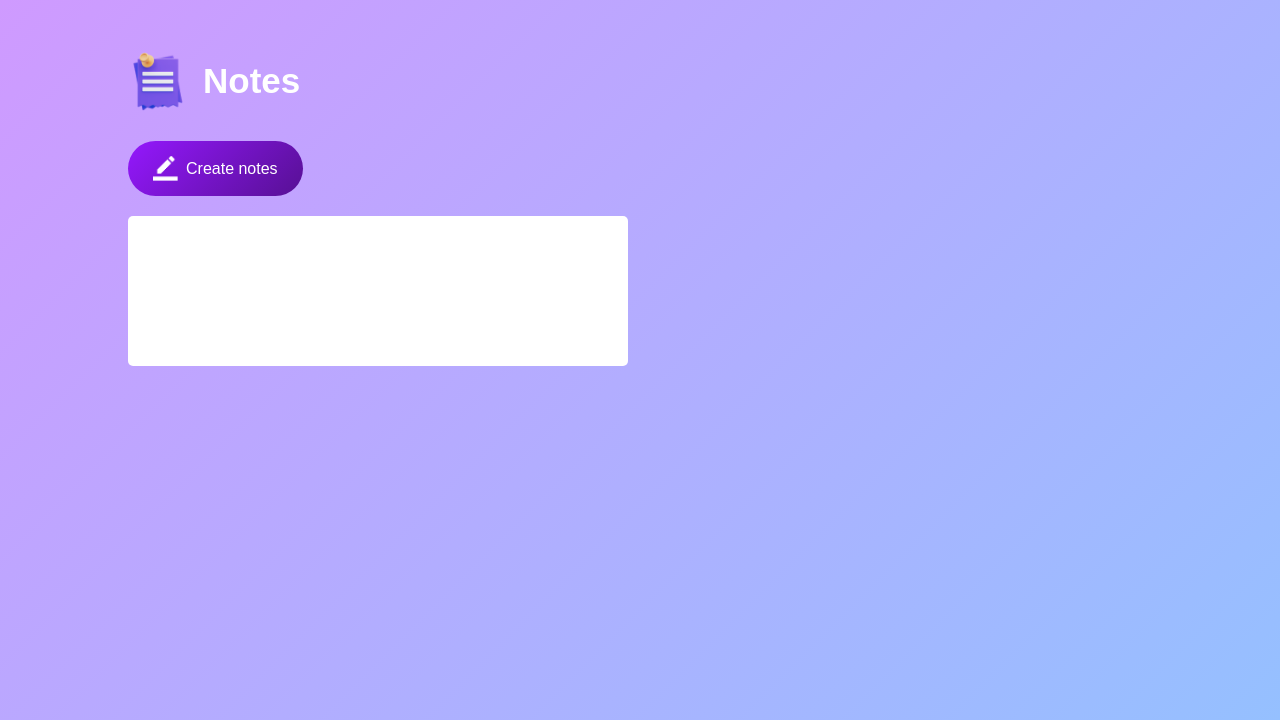
Repository: gaphappy55/notes-app
Page: index.html
An editor plug-in stored every save of this project. The page is shown before and after the next save, followed by the edit.
The browser window is 1280 px wide. The pictures show the whole page.

Above is the page before, as saved 2025-11-22 23:01:24.

### index.html
<!DOCTYPE html>
<html>
    <head>
        <meta name="viewport" content="width=device-width, initial-scale=1.0">
        <title>Amirkhan Notes App</title>
        <link rel = "stylesheet" href = "style.css">
    </head>
    <body>

        <div class="container">
            <h1><img src = "images/notes.png"> Notes</h1>
            <button><img src = "images/edit.png"> Create notes</button>
            <div class="notes-container">
                <p contenteditable="true" class="input-box"></p>
            </div>
        </div>

    </body>
</html>

### style.css
*{
    margin: 0;
    padding: 0;
    font-family: 'Poppins', sans-serif;
    box-sizing: border-box;
}
.container{
    width: 100%;
    min-height: 100vh;
    background: linear-gradient(135deg, #cf9aff, #95c0ff);
    color: #fff;
    padding-top: 4%;
    padding-left: 10%;
}
.container h1{
    display: flex;
    align-items: center;
    font-size: 35px;
    font-weight: 600;
}
.container h1 img{
    width: 60px;
    margin-right: 15px;
}
.container button img{
    width: 25px;
    margin-right: 8px;
}
.container button{
    display: flex;
    align-items: center;
    background: linear-gradient(135deg, #9418fd, #571094);
    color: #fff;
    font-size: 16px;
    outline: 0;
    border: 0;
    border-radius: 40px;
    padding: 15px 25px;
    margin: 30px 0 20px;
    cursor: pointer;
}
.input-box{
    position: relative;
    width: 100%;
    max-width: 500px;
    min-height: 150px;
    background: #fff;
    color: #333;
    padding: 20px;
    margin: 20px 0;
    outline: none;
    border-radius: 5px;
}

After the next save:
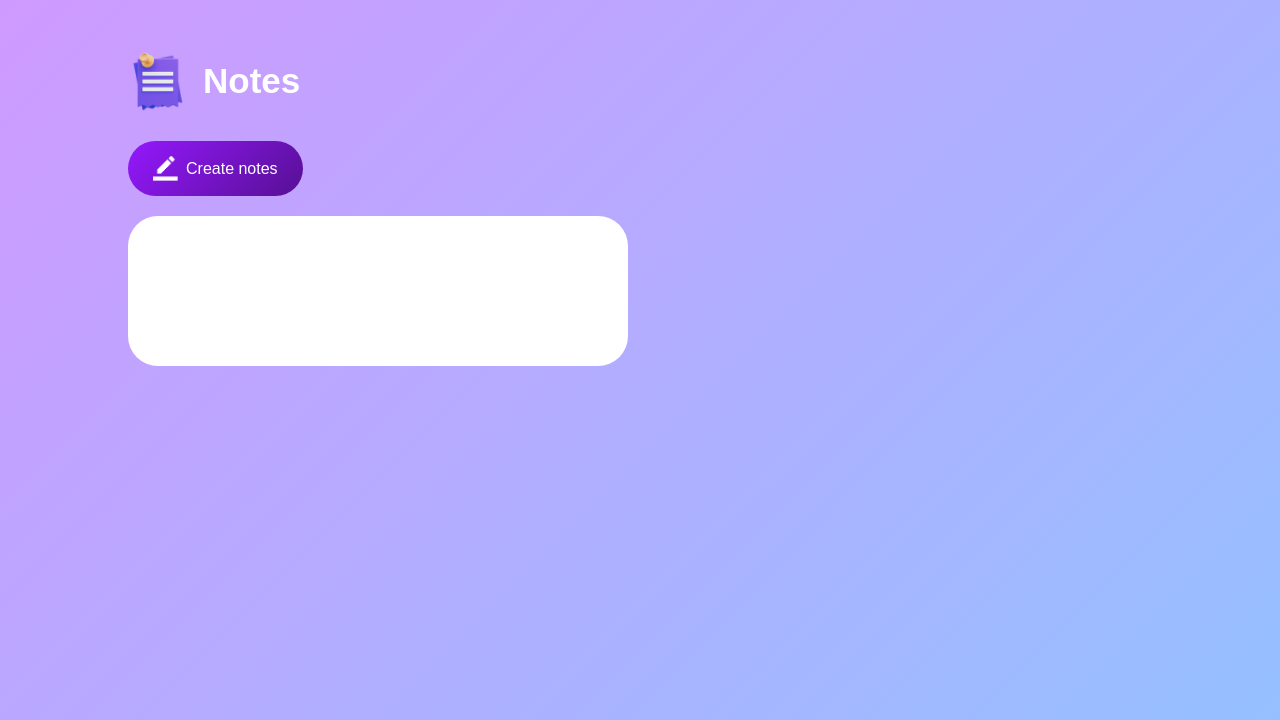
Saved 13 s later.
--- a/style.css
+++ b/style.css
@@ -49,5 +49,5 @@
     padding: 20px;
     margin: 20px 0;
     outline: none;
-    border-radius: 5px;
+    border-radius: 30px;
 }
